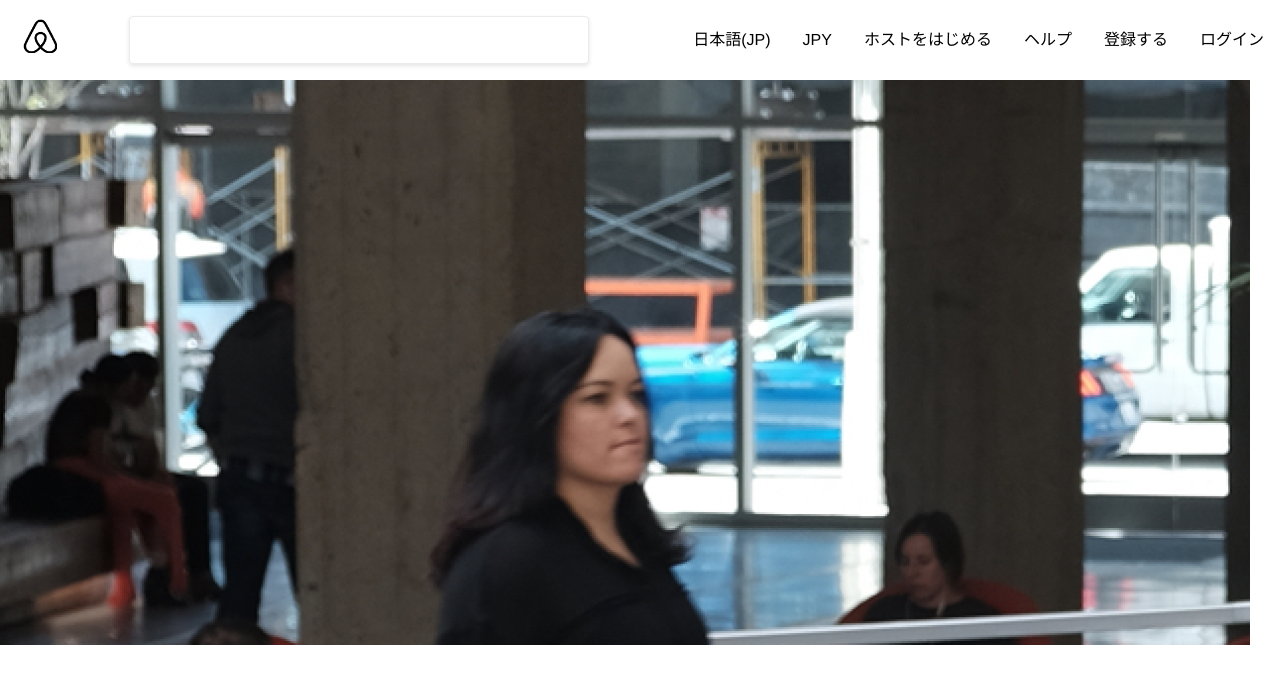
Repository: Ryoma-tech/20200622_htmlcss01
Page: index.html
The author's editor kept a copy of each file at every save. The page is drawn from the files as they stood at one save, then again after the next save.
The browser window is 1280 px wide. The pictures show the whole page.

Above is the page before, as saved 2020-06-23 02:50:58.

After the next save:
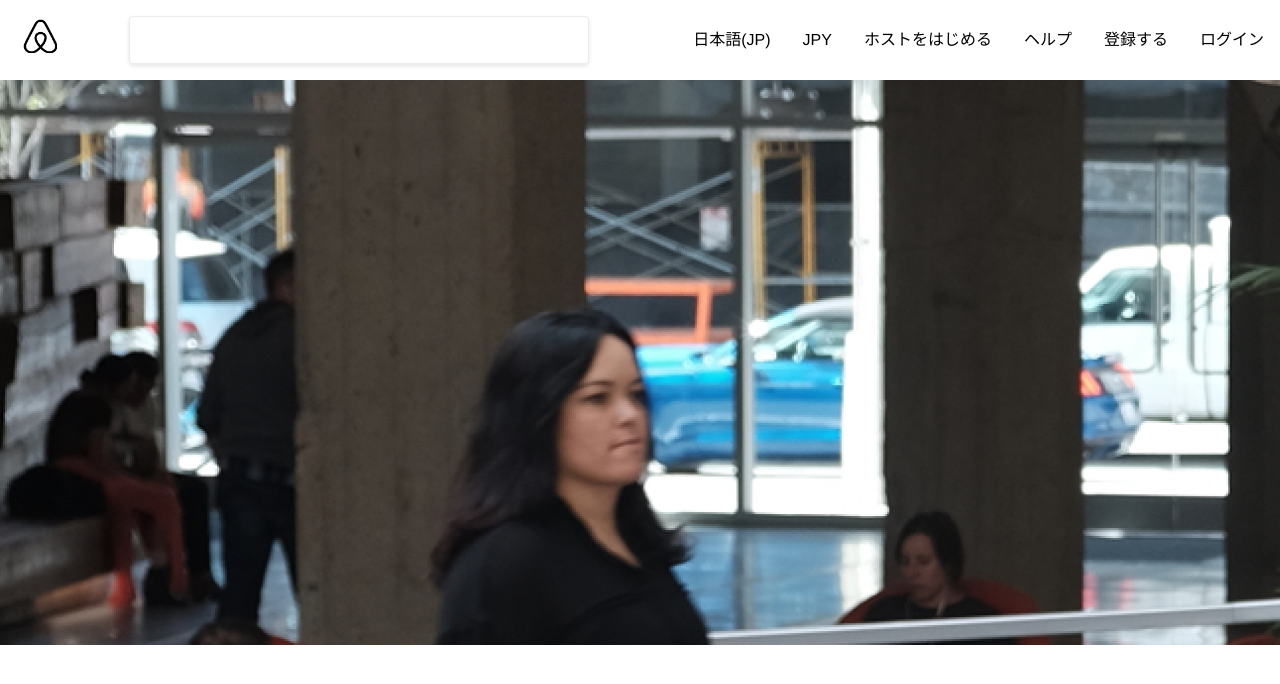
Saved 33 s later.
--- a/style.css
+++ b/style.css
@@ -58,6 +58,6 @@
 
 .topWrapper {
     background: url("images/Rectangle.png");
-    width: 1250px;
+    width: 100%;
     height: 565px;
 }
